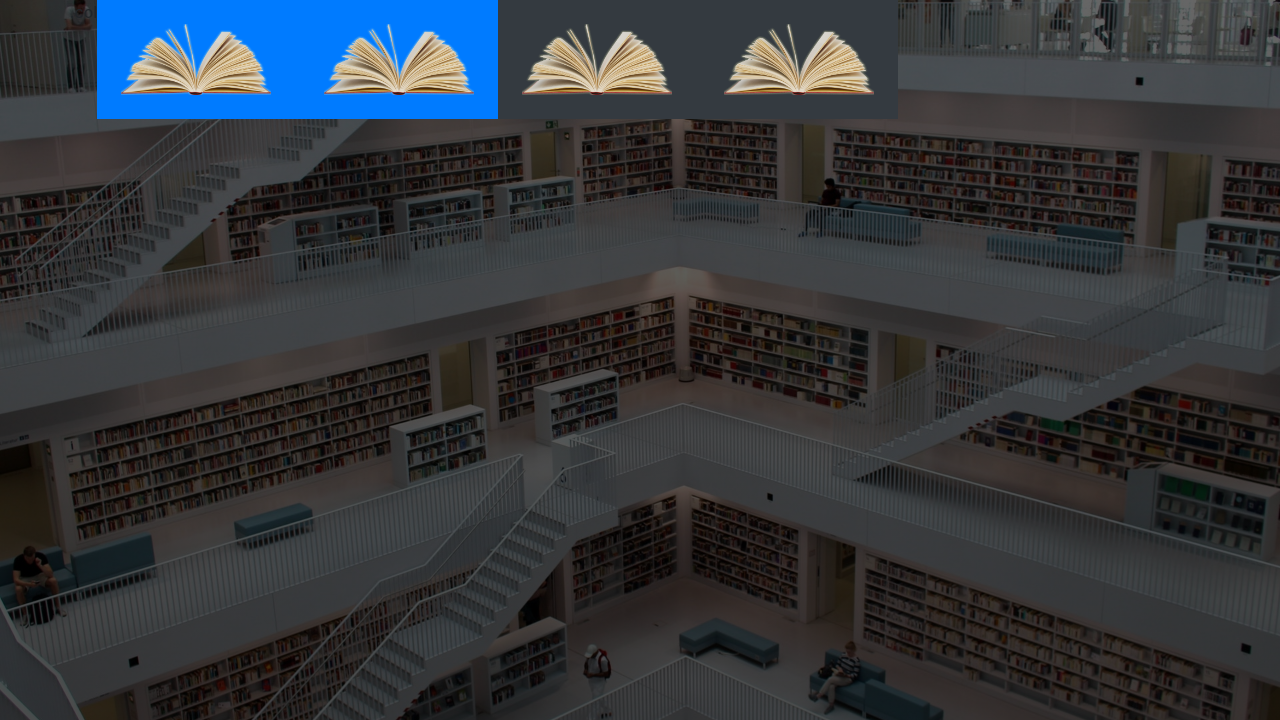
Repository: imedakrouti/BookStore
Page: index.html
These files come from the project's save history. The page is drawn as it stood at one moment and after the next save; the edit follows.
The browser window is 1280 px wide. The pictures show the whole page.
Some web libraries are served in a nearby version.

Above is the page before, as saved 2020-05-05 17:41:05.

### index.html
<!DOCTYPE html>
<html lang="en">
<head>
    <meta charset="UTF-8">
    <!-- meta view-port responsive design -->
    <meta name="viewport" content="width=device-width, initial-scale=1.0">
    <!-- Favicon -->
    <link rel="shortcut icon" href="images/img/title-img.png" type="image/x-icon">
    <!-- Fontawsome -->
    <link rel="stylesheet" href="https://use.fontawesome.com/releases/v5.0.10/css/all.css" integrity="sha384-+d0P83n9kaQMCwj8F4RJB66tzIwOKmrdb46+porD/OvrJ+37WqIM7UoBtwHO6Nlg" crossorigin="anonymous">
    <!-- Css Bootstrap -->
    <link rel="stylesheet" href="pluguin/bootstrap/css/bootstrap.min.css">
    <!-- Css style -->
    <link rel="stylesheet" href="styles/styles.css">
    <title>Books Site</title>
</head>
<body>
    <!-- Header -->
    <header>
        <div class="align-self-start position-absolute">
<!--             <a href=""><img src="images/img/book.png"width="150px" class="img-fluid m-4" alt=""></a>
 -->        </div>

        <!-- Hero -->
        <div class="container">
            <div class="row">
                .col
                <div class="hero">


                    <div class="a bg-primary">
                       <a href=""><img src="images/img/book.png"width="150px" class="img-fluid m-4" alt=""></a>
                       <a href=""><img src="images/img/book.png"width="150px" class="img-fluid m-4" alt=""></a>

                    </div>



                    <div class="a bg-dark">
                       <a href=""><img src="images/img/book.png"width="150px" class="img-fluid m-4" alt=""></a>
                       <a href=""><img src="images/img/book.png"width="150px" class="img-fluid m-4" alt=""></a>

                    </div>
               </div>
            </div>

            </div>

        </div>




    <!-- End Hero -->
    </header>
    <!-- End Of Header -->
<!-- Jquery -->
<script src="pluguin/jquery-3.3.1.min.js"></script>
<!-- Popper js -->
<script src="pluguin/popper.js"></script>
<!-- Bootstrap js  -->
<script src="pluguin/bootstrap/js/bootstrap.min.js"></script>
<!-- Own js file -->
<script src="js/script.js"></script>
</body>
</html>

### styles/styles.css
@import url('https://fonts.googleapis.com/css?family=Great+Vibes&display=swap');

*{
    margin: 0;
    padding: 0;
    box-sizing:border-box;
}
body{
    /* font-family: 'Great Vibes', cursive; */
}
a:hover{
    text-decoration: none;
}
header{
    height: 100vh;
    background:linear-gradient(rgba(0,0,0,0.6),rgba(0,0,0,0.7)),url('../images/img/header-bg.jpeg')no-repeat fixed center /cover;
}

.hero{

    display: flex;
    justify-content: center;
    align-items: center;


}

Loaded but not shown: pluguin/bootstrap/css/bootstrap.min.css (library); pluguin/jquery-3.3.1.min.js (library); pluguin/popper.js (library); pluguin/bootstrap/js/bootstrap.min.js (library); js/script.js (no copy from this time; the picture is the same without it)

After the next save:
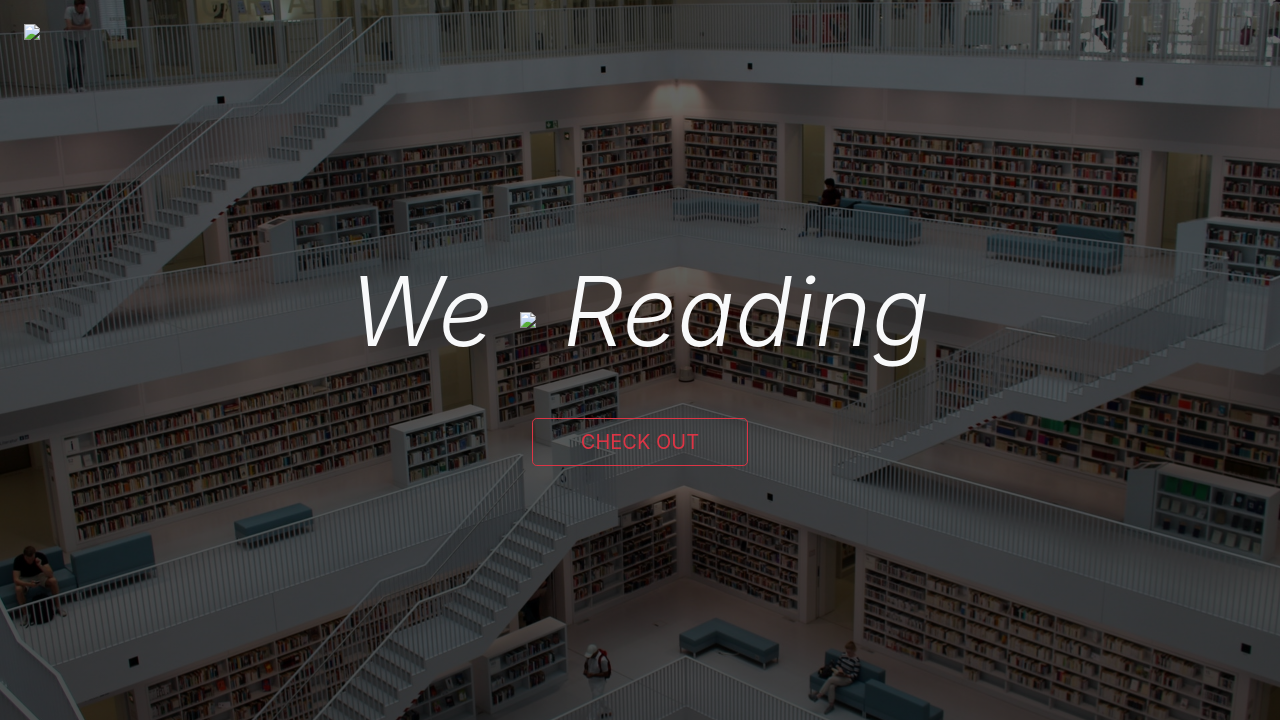
Not found: img/book.png
Not found: img/heart.png
Saved 36 s later.
--- a/index.html
+++ b/index.html
@@ -16,43 +16,21 @@
 </head>
 <body>
     <!-- Header -->
-    <header>
+    <header class="d-flex align-items-center">
         <div class="align-self-start position-absolute">
-<!--             <a href=""><img src="images/img/book.png"width="150px" class="img-fluid m-4" alt=""></a>
- -->        </div>
-
-        <!-- Hero -->
+          <a href="#">
+            <img src="img/book.png" width="120" class="img-fluid m-4">
+          </a>
+        </div>
         <div class="container">
-            <div class="row">
-                .col
-                <div class="hero">
-
-
-                    <div class="a bg-primary">
-                       <a href=""><img src="images/img/book.png"width="150px" class="img-fluid m-4" alt=""></a>
-                       <a href=""><img src="images/img/book.png"width="150px" class="img-fluid m-4" alt=""></a>
-
-                    </div>
-
-
-
-                    <div class="a bg-dark">
-                       <a href=""><img src="images/img/book.png"width="150px" class="img-fluid m-4" alt=""></a>
-                       <a href=""><img src="images/img/book.png"width="150px" class="img-fluid m-4" alt=""></a>
-
-                    </div>
-               </div>
+          <div class="row">
+            <div class="col text-center">
+              <h1 class="text-light display-1 font-italic mb-5 banner-heading">We <img src="img/heart.png" width="250" class="img-fluid"> Reading</h1>
+              <a href="#" class="btn btn-lg btn-outline-danger text-uppercase px-5">Check Out</a>
             </div>
-
-            </div>
-
+          </div>
         </div>
-
-
-
-
-    <!-- End Hero -->
-    </header>
+      </header>
     <!-- End Of Header -->
 <!-- Jquery -->
 <script src="pluguin/jquery-3.3.1.min.js"></script>

After the save that followed:
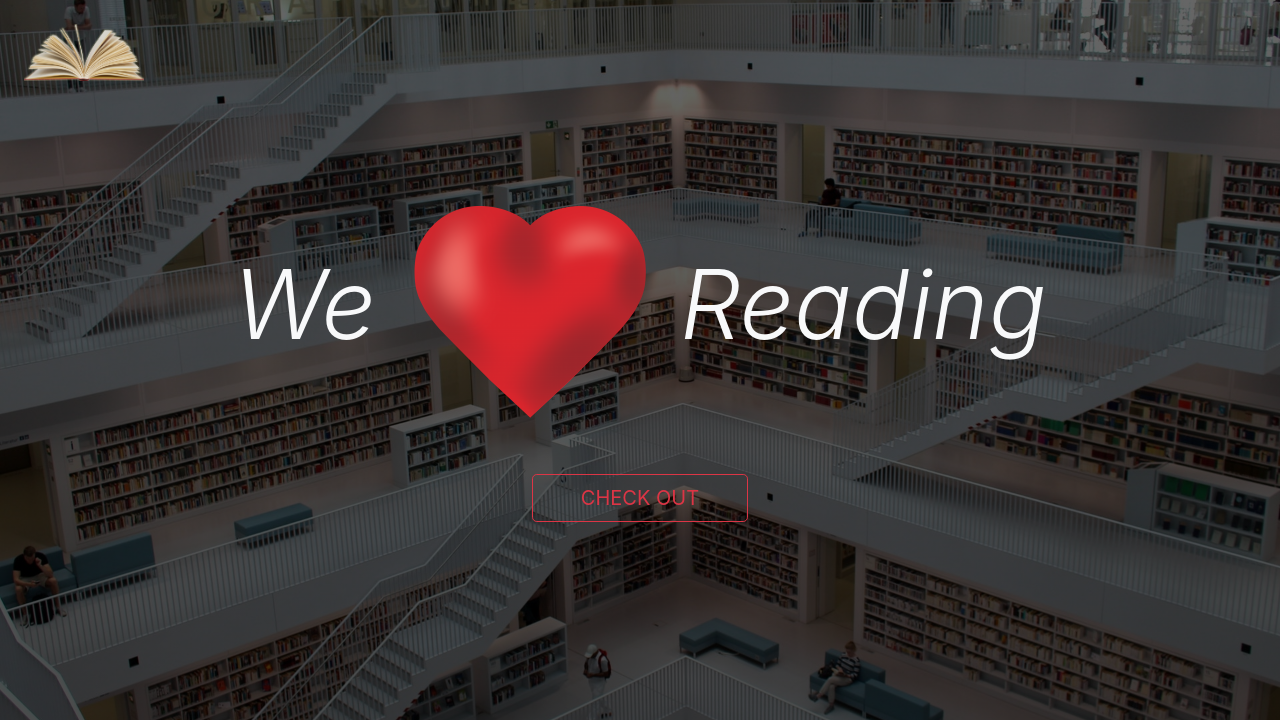
Saved 32 s later.
--- a/index.html
+++ b/index.html
@@ -19,13 +19,13 @@
     <header class="d-flex align-items-center">
         <div class="align-self-start position-absolute">
           <a href="#">
-            <img src="img/book.png" width="120" class="img-fluid m-4">
+            <img src="images/img/book.png" width="120" class="img-fluid m-4">
           </a>
         </div>
         <div class="container">
           <div class="row">
             <div class="col text-center">
-              <h1 class="text-light display-1 font-italic mb-5 banner-heading">We <img src="img/heart.png" width="250" class="img-fluid"> Reading</h1>
+              <h1 class="text-light display-1 font-italic mb-5 banner-heading">We <img src="images/img/heart.png" width="250" class="img-fluid"> Reading</h1>
               <a href="#" class="btn btn-lg btn-outline-danger text-uppercase px-5">Check Out</a>
             </div>
           </div>
